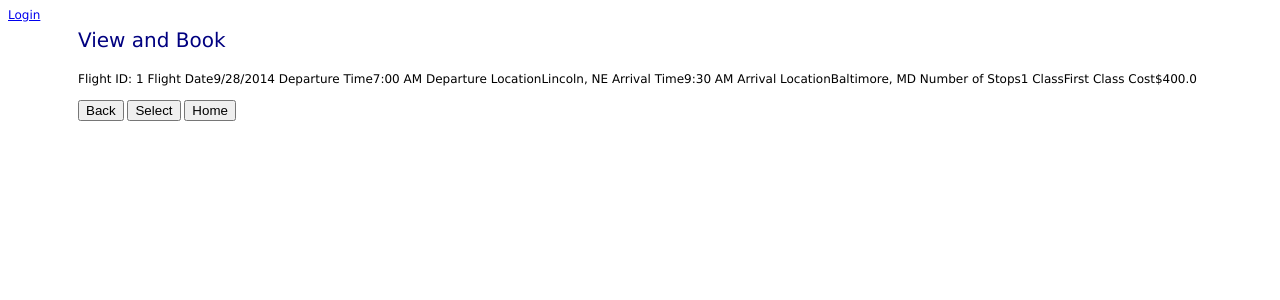
Repository: jliu9000/CSE-464---Flight-Pages
Page: http://localhost/HW1/ViewAndBook.jsp
These files come from the project's save history. The page is drawn as it stood at one moment and after the next save; the edit follows.
The browser window is 1280 px wide. The pictures show the whole page.
The page is served by Tomcat 9. Other server files are loaded and not shown.

Above is the page before, as saved 2014-09-22 21:39:12.

### HW1/WebContent/ViewAndBook.jsp
<%@ page language="java" contentType="text/html; charset=ISO-8859-1"
    pageEncoding="ISO-8859-1"%>
<!DOCTYPE html PUBLIC "-//W3C//DTD HTML 4.01 Transitional//EN" "http://www.w3.org/TR/html4/loose.dtd">
<html>
<head>
<meta http-equiv="Content-Type" content="text/html; charset=ISO-8859-1">
<link rel="stylesheet" type="text/css" href="CSS/FlightStyles.css">
<%@ page import="flight.bizlogic.*"%>


<title>View and Book</title>


</head>
<body>

<div class='sidebar'>
	<a id="login" href="login.jsp">
	<%=session.getAttribute("nUserID") != null ? "Logout" : "Login"%>
	</a>
</div>

	<%
		RecordFactory records = new RecordFactory(1);
		FlightRecord r = records.TestRecord();
	%>

<div class='main'>

	<p class="PageTitle">View and Book</p>


	<div id="RecordDetails">
		<td class="key">Flight ID: </td><td class='value'><%=r.getID() %></td>
		<td class='key'>Flight Date</td><td class='value'><%=r.getDateOfTravel() %></td>
		<td class='key'>Departure Time</td><td class='value'><%=r.getDepartureTime() %></td>
		<td class='key'>Departure Location</td><td class='value'><%=r.getSource() %></td>
		<td class='key'>Arrival Time</td><td class='value'><%=r.getArrivalTime() %></td>
		<td class='key'>Arrival Location</td><td class='value'><%=r.getDestination() %></td>
		<td class='key'>Number of Stops</td><td class='value'><%=r.getNumberOfStops() %></td>
		<td class='key'>Class</td><td class='value'><%=r.getFlightClass() %></td>
		<td class='key'>Cost</td><td class='value'>$<%=r.getCost() %></td>

	</div>
	<br>

	<a href="FlightSearchResults.jsp"><button>Back</button></a>
	<a href="Transaction.jsp"><button>Select</button></a>
	<a href="FlightSearch.jsp"><button>Home</button></a>


</div>
</body>
</html>

### HW1/src/flight/bizlogic/RecordFactory.java
package flight.bizlogic;
import java.util.ArrayList;



public class RecordFactory {
	//Master list
	private ArrayList<FlightRecord> oRecordsList;
	private int nTotalRecords;

	//Lists for record generation
	private String sListOfLocations[] = {"New York City, New York","Dallas, Texas","Sacramento, California",
			"Chicago, Illinois","Lincoln, Nebraska","Denver, Colorado","Atlanta, Georgia"};
	private int sListOfYears[] ={2014,2015,2016};
	private String sListOfClass[] ={"First Class", "Business", "Economy"};

	//Static test record
	private FlightRecord _oTestRecord = new FlightRecord(1, "Lincoln, NE", "Baltimore, MD", "9/28/2014", 52, "First Class",
			"7:00 AM", "9:30 AM", 1, 400.00);

	public RecordFactory(int nTotalRecords){

		//use nTotalRecords <= 0 for a random number of 1 to 50 records
		if (nTotalRecords <= 0){
			this.nTotalRecords = (int) Math.round(Math.random() * 49) + 1;
		}else{
			this.nTotalRecords = nTotalRecords;
		}

		oRecordsList = new ArrayList<FlightRecord>();

	}

	public void generateRecords(){

		for (int i = 0; i<= nTotalRecords; i++){
			oRecordsList.add(getSingleRecord());
		}

	}

	public FlightRecord getSingleRecord(){
		String sFormatedMonth;
		int nYear, nMonth, nDay, nSeats, nClass, nSource, nDestination, nID;

		nMonth = (int) Math.ceil(Math.random() * 12);
		nDay = (int) Math.round(Math.random() * 28);
		nYear = (int) Math.round(Math.random() * 2);
		sFormatedMonth = nMonth + "/" +nDay +"/" +sListOfYears[nYear];

		nSeats = (int) Math.round(Math.random() * 100);
		nClass = (int) Math.round(Math.random()*2);
		nSource = (int) Math.round(Math.random()*6);
		nDestination = (int) Math.round(Math.random() * 6);
		//destination cannot equal source
		while (nDestination == nSource){
			nDestination = (int) Math.round(Math.random() * 6);
		}

		return new FlightRecord(sListOfLocations[nSource], sListOfLocations[nDestination], sFormatedMonth, nSeats, sListOfClass[nClass]);

	}





	public String toHTMLTableRow(int nRow){
		FlightRecord r;
		String sHTMLRow;
		if (nRow < oRecordsList.size()){
			r = oRecordsList.get(nRow);
		}else{
			return "";
		}

		sHTMLRow = "<td>" +r.getID() +"</td>";
		sHTMLRow += "<td>" +r.getDateOfTravel() +"</td>";
		sHTMLRow += "<td>" +r.getDepartureTime() +"</td>";
		sHTMLRow += "<td>" +r.getArrivalTime() +"</td>";
		sHTMLRow += "<td>" +r.getNumberOfStops() +"</td>";
		sHTMLRow += "<td> $" +r.getCost() +"</td>";

		return sHTMLRow;
	}

	public FlightRecord TestRecord() {
		return _oTestRecord;
	}

	public int TotalRecords(){
		return nTotalRecords;

	}

	public ArrayList<FlightRecord> getRecords(){

		return oRecordsList;
	}
}

### HW1/src/flight/bizlogic/FlightRecord.java
package flight.bizlogic;

public class FlightRecord {
	private String sSource;
	private String sDestination;
	private String sDateOfTravel;
	private String sClass;
	private int nSeats;
	private String sDepartureTime;
	private String sArrivalTime;
	private int nNumberOfStops;
	private double dCost;
	private int nID;


	public FlightRecord(String sSource, String sDestination, String sDateOfTravel, int nSeats,
			String sClass){
		this.sSource = sSource;
		this.sDestination = sDestination;
		this.sDateOfTravel = sDateOfTravel;
		this.nSeats = nSeats;
		this.sClass = sClass;
		fillRecord();
	}

	public FlightRecord(int nID, String sSource, String sDestination, String sDateOfTravel, int nSeats,
			String sClass, String sDepartureTime, String sArrivalTime, int nNumberOfStops, double dCost){
		this.nID = nID;
		this.sSource = sSource;
		this.sDestination = sDestination;
		this.sDateOfTravel = sDateOfTravel;
		this.nSeats = nSeats;
		this.sClass = sClass;
		this.sDepartureTime = sDepartureTime;
		this.sArrivalTime = sArrivalTime;
		this.nNumberOfStops = nNumberOfStops;
		this.dCost = dCost;

	}


	//fill missing fields w/ random numbers
	private void fillRecord(){
		int nHour;
		int dMin;
		nID = (int) Math.round(Math.random()*1000);
		nHour = (int) Math.round(Math.random() * 11) + 1;
		dMin =  (int) Math.round(Math.random() * 60);
		sDepartureTime =  nHour +":" +dMin +" " +(Math.random() > .5 ? "AM" : "PM");
		nHour = (int) Math.round(Math.random() * 11) + 1;
		dMin = (int) Math.round(Math.random() * 60);
		sArrivalTime =  nHour +":" +dMin +" " +(Math.random() > .5 ? "AM" : "PM");
		nNumberOfStops = (int) Math.round(Math.random() * 4);
		dCost =  Math.round(Math.random() * 1000) + 50;
	}



	public String getDepartureTime() {
		return sDepartureTime;
	}


	public String getArrivalTime() {
		return sArrivalTime;
	}


	public int getNumberOfStops() {
		return nNumberOfStops;
	}


	public double getCost() {
		return dCost;
	}


	public int getID() {
		return nID;
	}



	public String getSource() {
		return sSource;
	}

	public String getDestination() {
		return sDestination;
	}

	public String getDateOfTravel() {
		return sDateOfTravel;
	}

	public String getFlightClass() {
		return sClass;
	}

	public int getSeats() {
		return nSeats;
	}






}

### HW1/WebContent/CSS/FlightStyles.css
@CHARSET "ISO-8859-1";

body {
	font-family: "Verdana";
	font-size:12px;

}

div.sidebar {
	float: left;
	width: 70px;
}
div.main {
	float: left;
}

p {
    font-size: 12px;
    color: navy;
}

p.PageTitle {
    font-size: 20px;
    color: navy;
    font-style: bold;
}

p.subheading {
	font-size: 16px;

}

p.message {
	color: red;
	text-align: center;
}

table {
   border: 1px solid #3C5E8F;

}

th {
	border: 1px solid #3C5E8F;
    background-color: #1975FF;
    color: white;
    padding: 4px;
    padding-left: 8px;
	padding-right: 8px;

}

tr {
	border: 1px solid #3C5E8F;
	background-color: #CCE0FF;

}

tr.repeatalt {
	border: 1px solid #3C5E8F;
	background-color: #E6E6E6;

}

td.repeat {
	border: 0px;
	padding: 2px;
	padding-left: 5px;
	padding-right: 5px;
}

td.button{
	text-align: center;
}

td.key{
	align: left;
}

td.value{
	align: right;
}

a.navibar{

}


#login {
    font-size:12px;
}

After the next save:
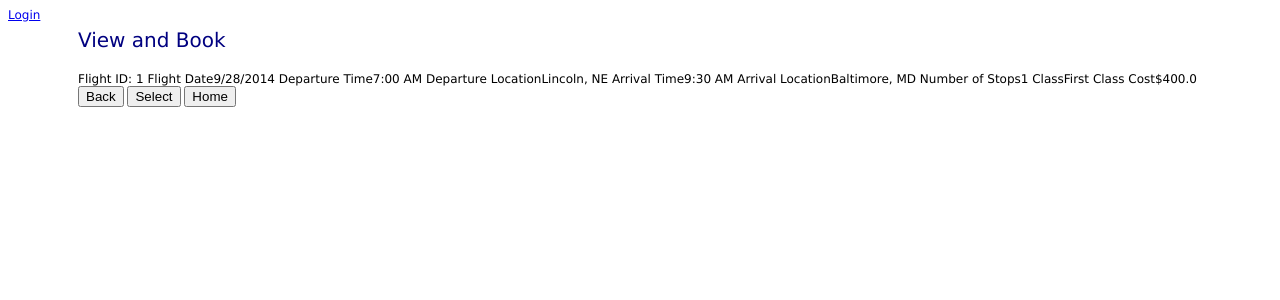
Saved 27 s later.
--- a/HW1/WebContent/ViewAndBook.jsp
+++ b/HW1/WebContent/ViewAndBook.jsp
@@ -30,7 +30,7 @@
 	<p class="PageTitle">View and Book</p>
 
 
-	<div id="RecordDetails">
+
 		<td class="key">Flight ID: </td><td class='value'><%=r.getID() %></td>
 		<td class='key'>Flight Date</td><td class='value'><%=r.getDateOfTravel() %></td>
 		<td class='key'>Departure Time</td><td class='value'><%=r.getDepartureTime() %></td>
@@ -41,7 +41,7 @@
 		<td class='key'>Class</td><td class='value'><%=r.getFlightClass() %></td>
 		<td class='key'>Cost</td><td class='value'>$<%=r.getCost() %></td>
 
-	</div>
+
 	<br>
 
 	<a href="FlightSearchResults.jsp"><button>Back</button></a>
